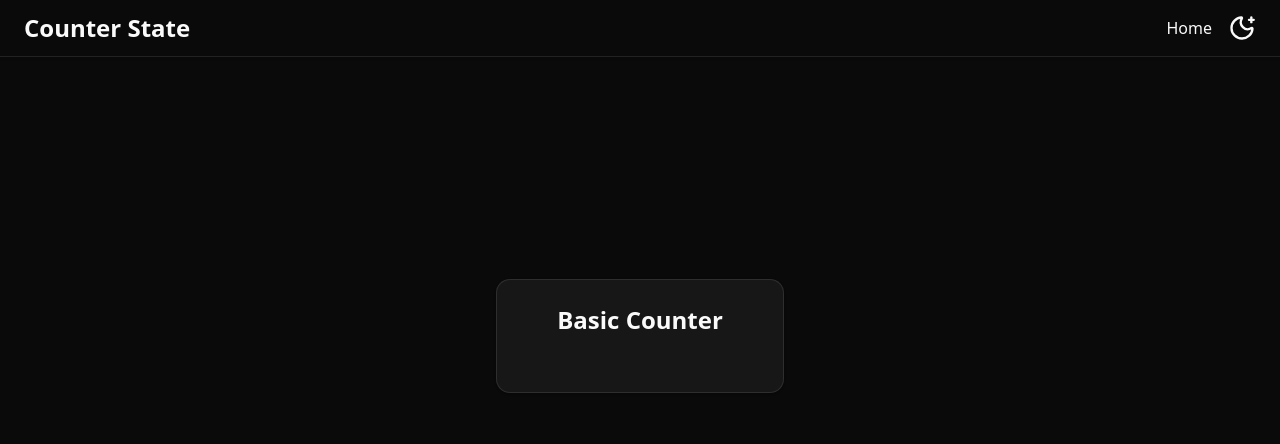
Repository: dev-piyushsarkar/counter-state-project
Page: /
An editor plug-in stored every save of this project. The page is shown before and after the next save, followed by the edit.
The browser window is 1280 px wide. The pictures show the whole page.
The project was rebuilt for these pictures with package versions that can differ from the ones it lists, and the page was loaded fresh each time. The framework's server and built-in components were replaced by stand-ins that run in the browser. Also part of the build but not shown: next.config.ts.

Above is the page before, as saved 2025-11-15 13:33:27.

After the next save:
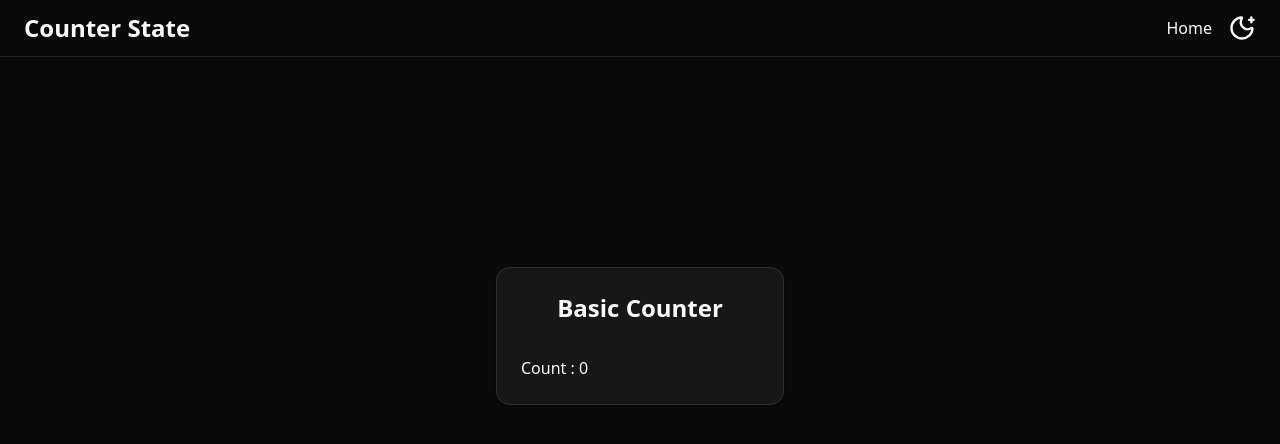
Saved 52 s later.
--- a/src/app/page.tsx
+++ b/src/app/page.tsx
@@ -21,7 +21,7 @@ const page = () => {
 					</CardTitle>
 				</CardHeader>
 				<CardContent>
-					<div className=""></div>
+					<div className="">Count : 0</div>
 					<div className=""></div>
 				</CardContent>
 			</Card>
